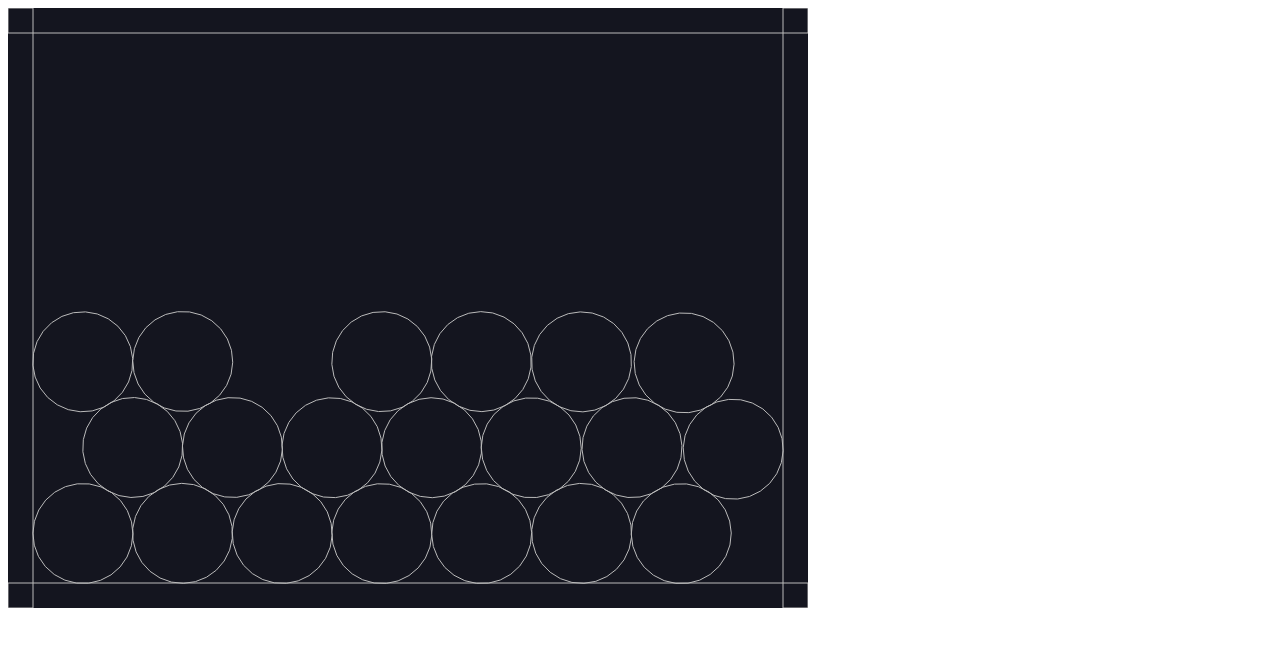
Repository: Sbethm/maze-runner
Page: index.html
These files come from the project's save history. The page is drawn as it stood at one moment and after the next save; the edit follows.
The browser window is 1280 px wide. The pictures show the whole page.
Some web libraries are served in a nearby version.

Above is the page before, as saved 2021-10-01 16:24:34.

### index.html
<!DOCTYPE html>
<html lang="en">
<head>
    <meta charset="UTF-8">
    <meta http-equiv="X-UA-Compatible" content="IE=edge">
    <meta name="viewport" content="width=device-width, initial-scale=1.0">
    <script src="https://cdnjs.cloudflare.com/ajax/libs/matter-js/0.17.1/matter.min.js"></script>
    <title>Maze Runner</title>
</head>
<body>

    <script src="app.js"></script>
</body>
</html>

### app.js
const { Engine, World, Runner, Render, Bodies, MouseConstraint, Mouse} = Matter;

const width = 800;
const height = 600;

const engine = Engine.create();
const {world} = engine;
const render = Render.create({
    element: document.body,
    engine: engine,
    options: {
        width,
        height
    }
});
Render.run(render);
Runner.run(Runner.create(), engine);

World.add(world, MouseConstraint.create(engine, {
    mouse: Mouse.create(render.canvas)
}));

//====== Random Shapes
for(let i = 0; i < 20; i++) {
    if(Math.random > 0.5) {
        World.add(world, Bodies.rectangle(Math.random() * width, Math.random() * height, 50, 50));
    } else {

    }

    World.add(world, Bodies.circle(Math.random() * width, Math.random() * height, 50, 50));
}

//====== Walls
const walls = [
    Bodies.rectangle(400, 0, 800, 50, {isStatic: true}),
    Bodies.rectangle(800, 300, 50, 600, {isStatic: true}),
    Bodies.rectangle(400, 600, 800, 50, {isStatic: true}),
    Bodies.rectangle(0, 300, 50, 600, {isStatic: true})
];

World.add(world, walls);

After the next save:
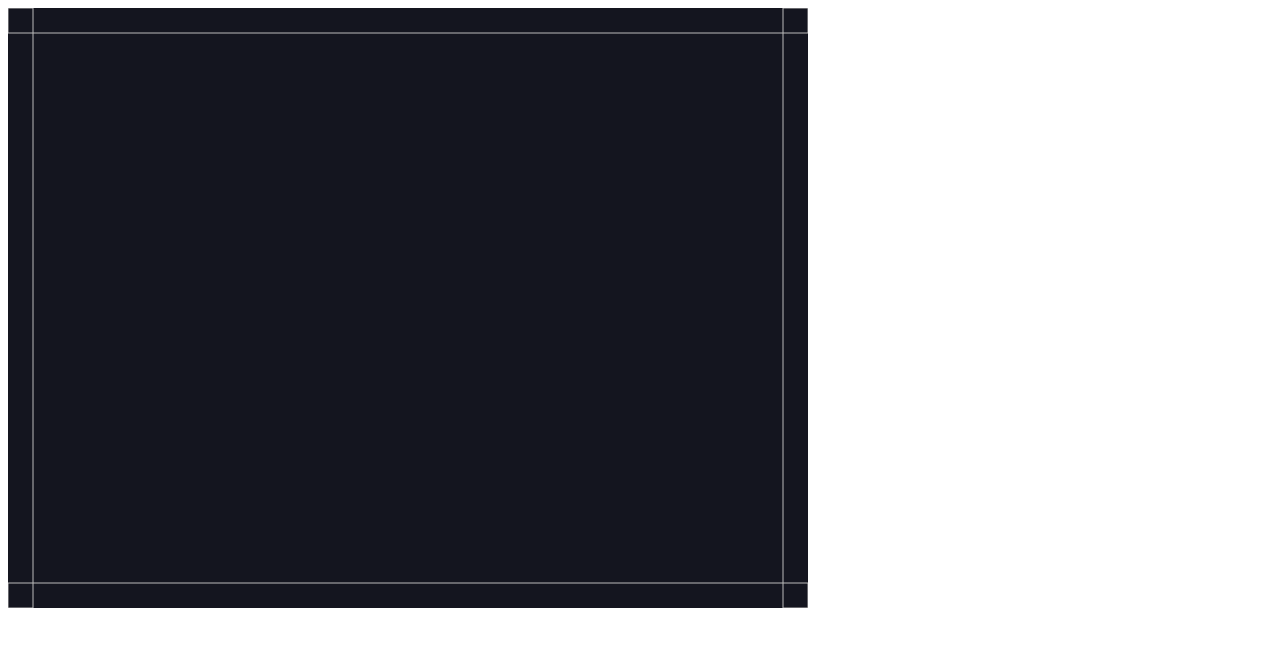
Saved 4 s later.
--- a/app.js
+++ b/app.js
@@ -28,7 +28,7 @@
 
     }
 
-    World.add(world, Bodies.circle(Math.random() * width, Math.random() * height, 50, 50));
+
 }
 
 //====== Walls

After the save that followed:
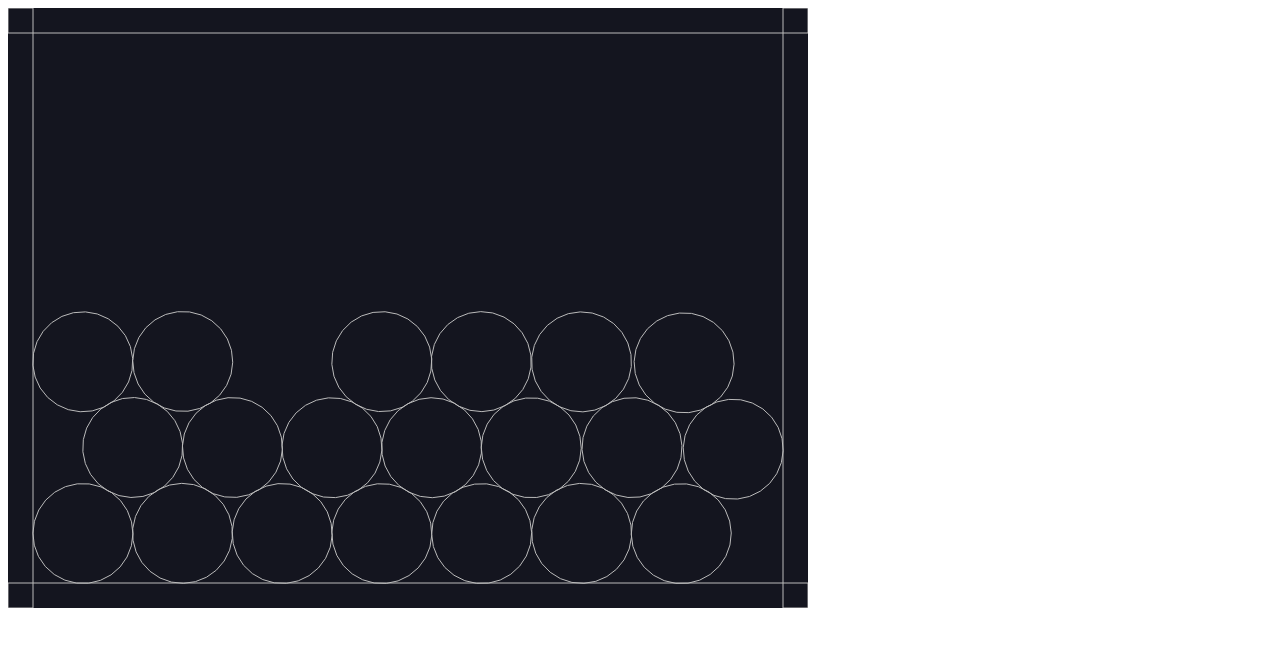
Saved 4 s later.
--- a/app.js
+++ b/app.js
@@ -25,7 +25,7 @@
     if(Math.random > 0.5) {
         World.add(world, Bodies.rectangle(Math.random() * width, Math.random() * height, 50, 50));
     } else {
-
+        World.add(world, Bodies.circle(Math.random() * width, Math.random() * height, 50, 50));
     }
 
 
